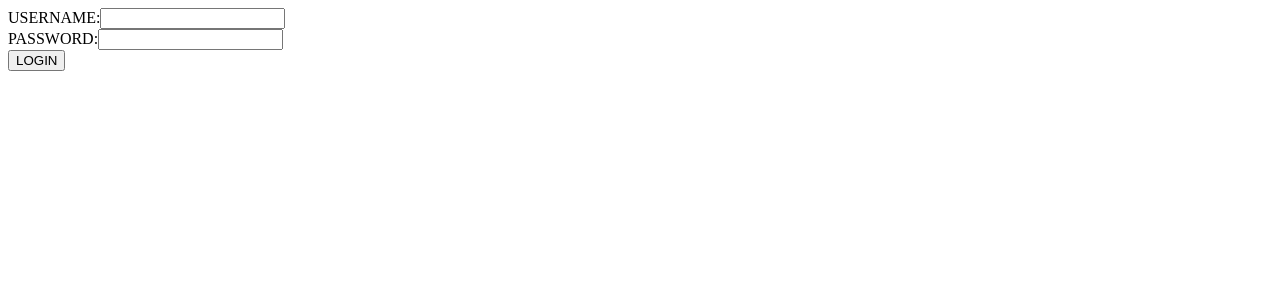
Repository: akhhiil/ICT_JAVA
Page: Demo2/src/main/webapp/index.html
These files come from the project's save history. The page is drawn as it stood at one moment and after the next save; the edit follows.
The browser window is 1280 px wide. The pictures show the whole page.

Above is the page before, as saved 2024-10-05 05:11:21.

After the next save:
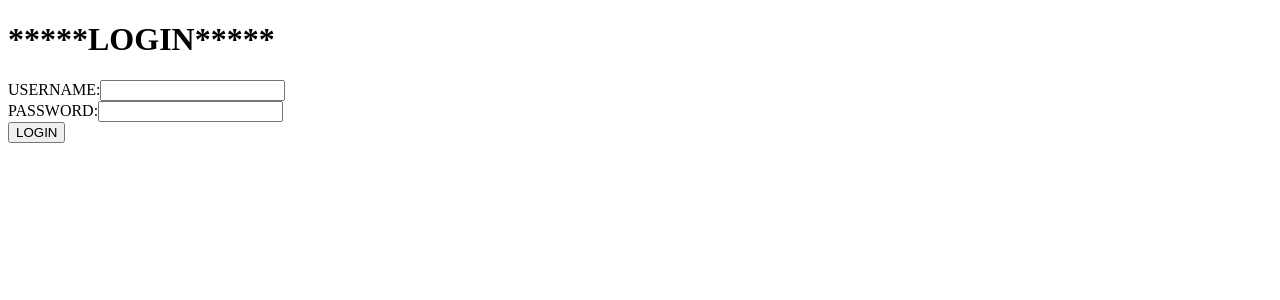
Saved 116 s later.
--- a/Demo2/src/main/webapp/index.html
+++ b/Demo2/src/main/webapp/index.html
@@ -6,6 +6,7 @@
 </head>
 <body>
 <form action="login" method="post">
+<h1>*****LOGIN*****</h1>
 USERNAME:<input type="text" name="username"><br>
 PASSWORD:<input type="password" name="password">
 <br>
